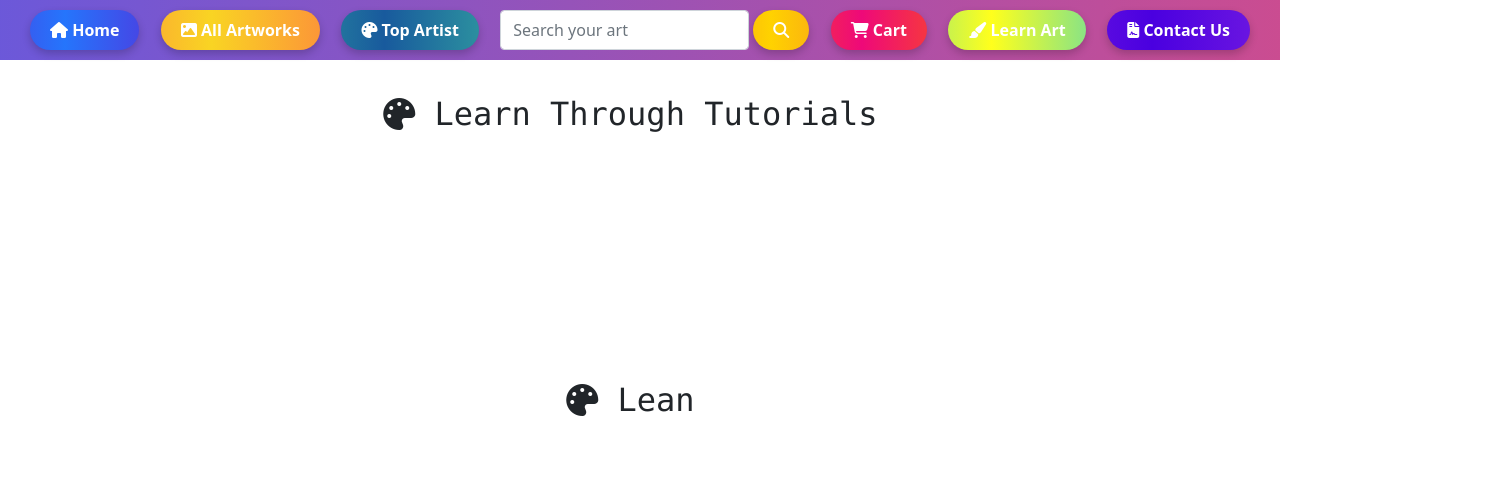
Repository: Aaryan-kumar-24/Art-selling
Page: http://localhost/learn/
An editor plug-in stored every save of this project. The page is shown before and after the next save, followed by the edit.
The browser window is 1280 px wide. The page is 1500 px wide, so the pictures cover 1500 px, including what lies to the right of the window. The pictures show the part of the page from y = 0 to 488 px (the page is 2687 px tall).
Pictures or frames that could not be fetched are drawn as grey boxes. The page is served by the project's application, run on Django 5.2 (art/manage.py). Queries for data that is not in the repository find no rows.

Above is the page before, as saved 2025-05-31 18:28:22.

After the next save:
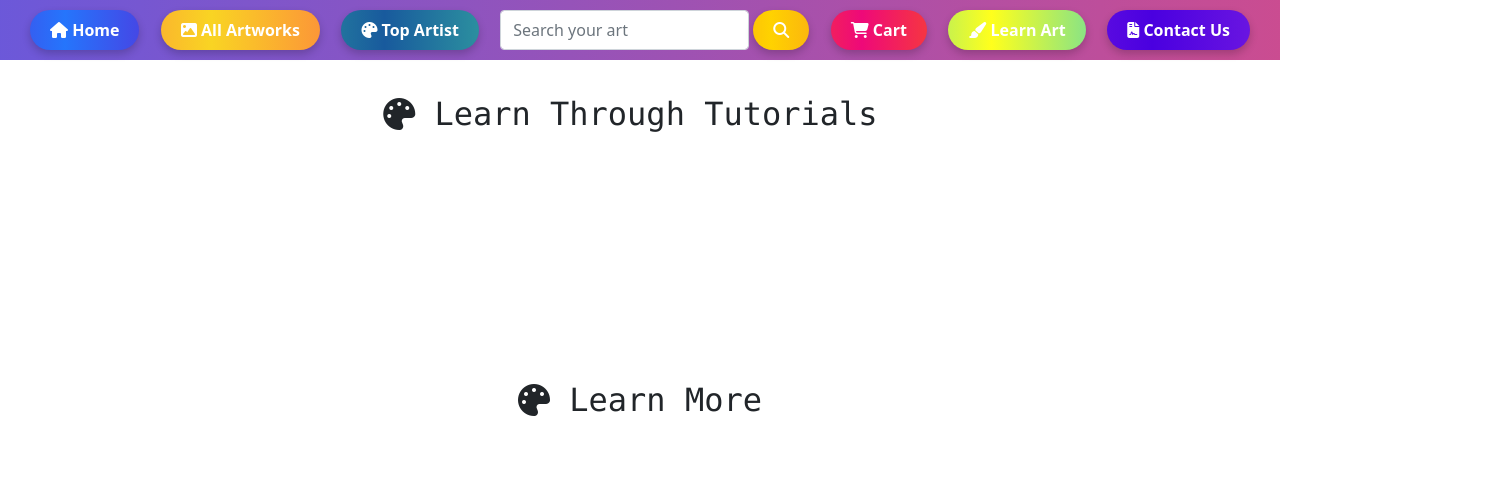
Saved 7 s later.
--- a/art/templates/learn.html
+++ b/art/templates/learn.html
@@ -107,7 +107,7 @@
 
 
 
-        <pre style="display: flex; justify-content: center; align-items: center; font-size: 2rem; margin-top: 30px;"><i class="fa-solid fa-palette"></i> Lean </pre>
+        <pre style="display: flex; justify-content: center; align-items: center; font-size: 2rem; margin-top: 30px;"><i class="fa-solid fa-palette"></i> Learn More</pre>
 
 <br>
 <br>
